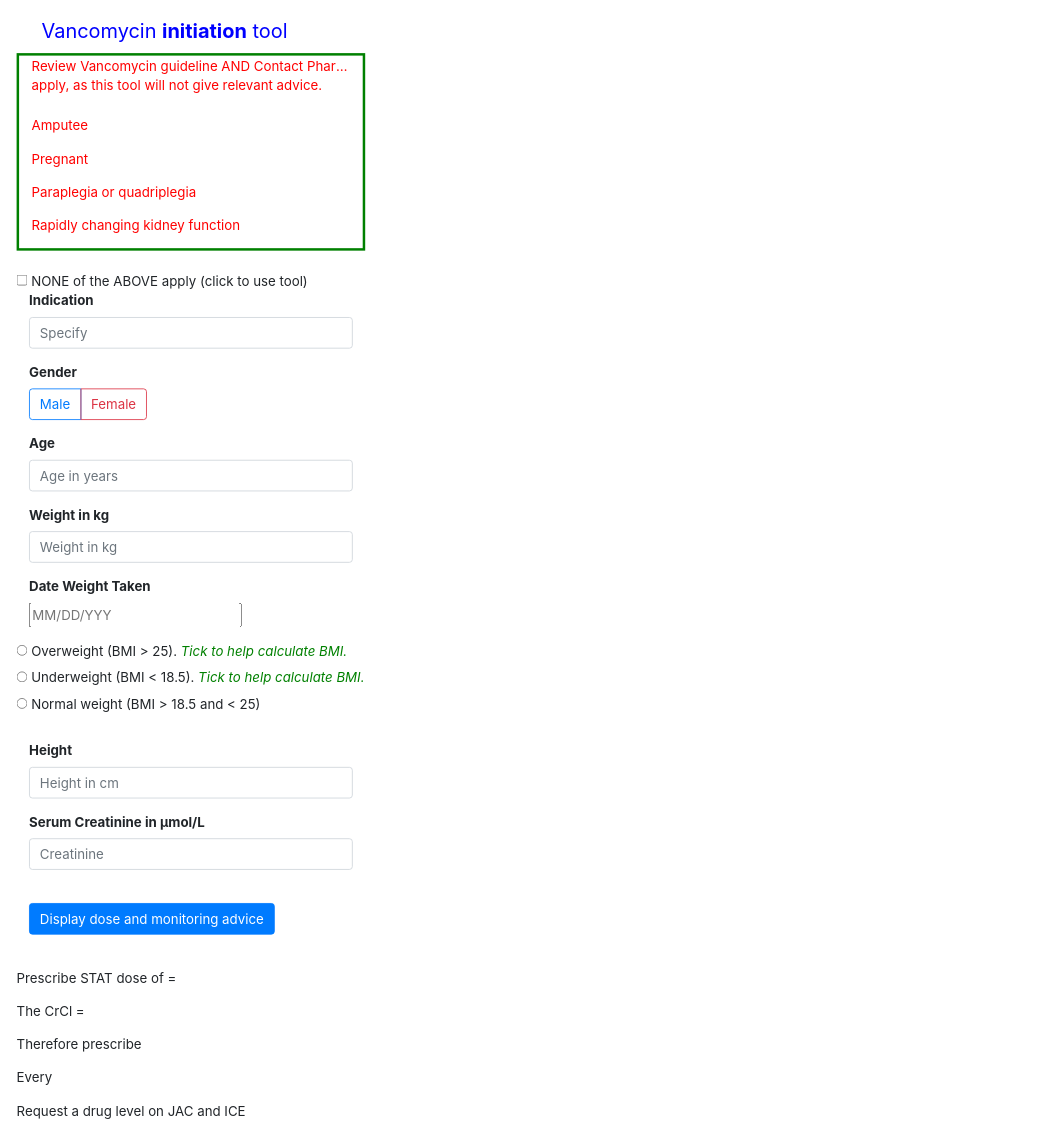
Repository: Mismiles/project-clinical-calculator
Page: index.html
The author's editor kept a record of every edit. The page is drawn from the files as they stood at one moment, then again after the next edit.
The browser window is 1280 px wide. The pictures show the whole page, at 83% of full size.

Above is the page before.

### index.html
<!doctype html>
<html lang="en">
  <head>
    <!-- Required meta tags -->
    <meta charset="utf-8">
    <meta name="viewport" content="width=device-width, initial-scale=1, shrink-to-fit=no">

    <!-- Bootstrap CSS -->
    <link rel="stylesheet" href="https://stackpath.bootstrapcdn.com/bootstrap/4.3.1/css/bootstrap.min.css" integrity="sha384-ggOyR0iXCbMQv3Xipma34MD+dH/1fQ784/j6cY/iJTQUOhcWr7x9JvoRxT2MZw1T" crossorigin="anonymous">

    <!-- Custom CSS -->
    <link href="css/stylesheet.css" rel="stylesheet">

    <title>Vancomycin calculation tool</title>

  </head>
  <body>

<form name="vanc">
<fieldset>

<!-- Form Name -->
<legend>Vancomycin <b>initiation</b> tool</legend>

<!-- Parameters -->
  <div class="col-lg-4 statement" for="parameters" style="color:red">Review Vancomycin guideline AND Contact Pharmacy if any<br> apply, as this tool will not give relevant advice.
    <br>
    <br>
    <p>Amputee</p>
    <p>Pregnant</p>
    <p>Paraplegia or quadriplegia</p>
    <p>Rapidly changing kidney function</p>
	</div>


<!-- Safe to use tool-->
	<br>
      <input type="checkbox" name="parameters" id="showform" onclick="displayForm()">
      NONE of the ABOVE apply (click to use tool)
  </div>
</div>


<section id='vancform'>
<!-- Indication-->
<div class="form-group">
  <label class="col-md-4 control-label" for="indication"><b>Indication</b></label>
  <div class="col-md-4">
  <input id="indication" name="indication" type="text" autocomplete="off" placeholder="Specify" class="form-control input-md" required="">
  </div>
</div>

<!-- Gender -->
<div class="form-group" required="">
  <label class="col-md-4 control-label" for="gender"><b>Gender</b></label>
  <div class="col-md-4">
   <div class="btn-group btn-group-toggle" data-toggle="buttons">
  <label class="btn btn-outline-primary">
    <input type="radio" name="options" id="male" autocomplete="off"> Male
  </label>
  <label class="btn btn-outline-danger">
    <input type="radio" name="options" id="female" autocomplete="off"> Female
  </label>
</div>
  </div>
</div>

<!-- Age-->
<div class="form-group">
  <label class="col-md-4 control-label" for="age"><b>Age</b></label>
  <div class="col-md-4">
  <input id="age" name="age" type="text" maxlength="3" placeholder="Age in years" autocomplete="off" class="form-control input-md" required="">
  </div>
</div>

<!-- Weight-->
<div class="form-group">
  <label class="col-md-4 control-label" for="weight"><b>Weight in kg</b></label>
  <div class="col-md-4">
  <input id="weight" name="weight" type="text" maxlength="3" placeholder="Weight in kg" autocomplete="off" class="form-control input-md" required="">
</div>
</div>

<!-- Date picker-->
<div class="form-group"> <!-- Date input -->
        <label class="col-md-4 control-label" for="date"><b>Date Weight Taken</b></label>
          <div class="col-md-4">
        <input id="form-control input-md date" name="date" autocomplete="off" placeholder="MM/DD/YYY" type="text"/>
          </div>
</div>

  <div class="checkbox">
    <label for="parameters-0">
      <input type="radio" name="parameters" id="overweight" value="" onclick="displayHeight()">
      Overweight (BMI &gt; 25). <span style="color:green"><i>Tick to help calculate BMI.</i></span>
    </label>
	</div>
  <div class="checkbox">
    <label for="parameters-1">
      <input type="radio" name="parameters" id="underweight" value="" onclick="displayHeight()">
      Underweight (BMI &lt; 18.5). <span style="color:green"><i>Tick to help calculate BMI.</i></span>
    </label>
	</div>
	 <div class="checkbox">
    <label for="parameters-1">
      <input type="radio" name="parameters" id="normalweight" value="" onclick="displayHeight()">
      Normal weight (BMI &gt; 18.5 and &lt; 25)
    </label>
	</div>
</div>
</div>

<br>
<!-- Height-->
<section id="heightbox">
<div class="form-group">
  <label class="col-md-4 control-label" for="height"><b>Height</b></label>
  <div class="col-md-4">
  <input id="height" name="height" type="text" maxlength="3" autocomplete="off" placeholder="Height in cm" class="form-control input-md" required>
  </div>
</div>
</section>

<!-- Creatinine-->
<div class="form-group">
  <label class="col-md-4 control-label" for="creatinine"><b>Serum Creatinine in µmol/L</b></label>
  <div class="col-md-4">
  <input id="creatinine" name="creatinine" type="text" autocomplete="off" maxlength="3" placeholder="Creatinine" class="form-control input-md" data-bind="value:replyNumber" required="">

  </div>
</div>

<!-- Button -->
<div class="form-group">
  <label class="col-md-4 control-label" for="calculate"></label>
  <div class="col-md-4">
    <script type="text/javascript" src="js/calculation.js"></script>
    <button id="calc" name="calculate" type="submit" class="btn btn-primary" onclick="getAdvice" >Display dose and monitoring advice</button>
  </div>
</div>

</fieldset>
</form>

<br>
<p id="output_text">Prescribe STAT dose of =</p>
<p id="output_text">The CrCl =</p>
<p id="output_text">Therefore prescribe</p>
<p id="output_text">Every <b></b></p>
<p id="output_text">Request a drug level on JAC and ICE</p>
</section>

<!-- Image carousel -->
  <div id="carouselExampleIndicators" class="carousel slide row" data-ride="carousel">
  <ol class="carousel-indicators">
    <li data-target="#carouselExampleIndicators" data-slide-to="0" class="active"></li>
    <li data-target="#carouselExampleIndicators" data-slide-to="1"></li>
    <li data-target="#carouselExampleIndicators" data-slide-to="2"></li>
    <li data-target="#carouselExampleIndicators" data-slide-to="3"></li>
    <li data-target="#carouselExampleIndicators" data-slide-to="4"></li>
    <li data-target="#carouselExampleIndicators" data-slide-to="5"></li>
    <li data-target="#carouselExampleIndicators" data-slide-to="6"></li>
    <li data-target="#carouselExampleIndicators" data-slide-to="7"></li>
    <li data-target="#carouselExampleIndicators" data-slide-to="8"></li>
    <li data-target="#carouselExampleIndicators" data-slide-to="9"></li>
  </ol>
  <div class="carousel-inner">
    <div class="carousel-item active">
      <img class="d-block w-60" src="images/vanc1.jpg" alt="First slide">
    </div>
    <div class="carousel-item">
      <img class="d-block w-60" src="images/app1.jpg" alt="Second slide">
    </div>
    <div class="carousel-item">
      <img class="d-block w-60" src="images/app2.jpg" alt="Third slide">
    </div>
    <div class="carousel-item">
      <img class="d-block w-60" src="images/app3.jpg" alt="Fourth slide">
    </div>
    <div class="carousel-item">
      <img class="d-block w-60" src="images/app41.jpg" alt="Fifth slide">
    </div>
    <div class="carousel-item">
      <img class="d-block w-60" src="images/app42.jpg" alt="Sixth slide">
    </div>
     <div class="carousel-item">
      <img class="d-block w-60" src="images/app43.jpg" alt="Seventh slide">
    </div>
     <div class="carousel-item">
      <img class="d-block w-60" src="images/app5.jpg" alt="Eigth slide">
     </div>
     <div class="carousel-item">
      <img class="d-block w-60" src="images/app6.jpg" alt="Ninth slide">
     </div>
  </div>

  <a class="carousel-control-prev" href="#carouselExampleIndicators" role="button" data-slide="prev">
    <span class="carousel-control-prev-icon" aria-hidden="true"></span>
    <span class="sr-only">Previous</span>
  </a>
  <a class="carousel-control-next" href="#carouselExampleIndicators" role="button" data-slide="next">
    <span class="carousel-control-next-icon" aria-hidden="true"></span>
    <span class="sr-only">Next</span>
  </a>
</div>


    <!-- jQuery first, then Popper.js, then Bootstrap JS -->
    <script src="https://code.jquery.com/jquery-3.3.1.slim.min.js" integrity="sha384-q8i/X+965DzO0rT7abK41JStQIAqVgRVzpbzo5smXKp4YfRvH+8abtTE1Pi6jizo" crossorigin="anonymous"></script>
    <script src="https://cdnjs.cloudflare.com/ajax/libs/popper.js/1.14.7/umd/popper.min.js" integrity="sha384-UO2eT0CpHqdSJQ6hJty5KVphtPhzWj9WO1clHTMGa3JDZwrnQq4sF86dIHNDz0W1" crossorigin="anonymous"></script>
    <script src="https://stackpath.bootstrapcdn.com/bootstrap/4.3.1/js/bootstrap.min.js" integrity="sha384-JjSmVgyd0p3pXB1rRibZUAYoIIy6OrQ6VrjIEaFf/nJGzIxFDsf4x0xIM+B07jRM" crossorigin="anonymous"></script>

        <!-- Calulation JavaScript Code-->
    <script type="text/javascript" href="js/calculation.js"></script>

  </body>
</html>

### css/stylesheet.css
body {
    position: relative;
    font-size: 1em;
    margin-left: 20px;
    margin-top: 20px;

}

legend {
    padding-left: 30px;
    color: blue;
}

.statement {
 border-style: solid;
 border-color: green;
 white-space: nowrap;
 width: 470px;
 overflow: hidden;
 text-overflow: ellipsis;
  }


.height{
  display: none;
}

.vancform {
  display: none !important;
}

.carousel {
  width:740px;
  height:860px;
  display: none !important;
}

### js/calculation.js
    //declare global variables
    var age = document.forms["vanc"]["age"].value;
    var weight = document.forms["vanc"]["weight"].value;
    var height = document.forms["vanc"]["height"].value;
    var creatinine = document.forms["vanc"]["creatinine"].value;
    // var male = document.forms["vanc"]["gender"].male;
    // var female = document.forms["vanc"]["gender"].female;
    var bmi = weight/(height/100*height/100);

    console.log('connected');

    // this function displays the form when the checkbox is true
    function displayForm() {
        var checkbox = document.getElementById('showform');
        var vancform = document.getElementById('vancform');

        if (checkbox.checked) {
            vancform.style.display = 'block';
        } else {
            vancform.style.display = 'none';
        }
    }

    //this function displays the height box if under OR overweight is slected
    function displayHeight() {
        var underWeight = document.getElementById('underweight');
        var overWeight = document.getElementById('overweight');
        var heightbox = document.getElementById('heightbox')
        var normalweight = document.getElementById('normalweight')

        if (underWeight.checked) {
            heightbox.style.display = 'block';
        } else if (overWeight.checked) {
            heightbox.style.display = 'block';
        } else if (normalweight.checked) {
            heightbox.style.display = 'none';
        }
    }


        // Initial dose calculation
        var vDose;

        function dose() {
            //get the input

            if (isNaN(weight)) {
                outputText = "<em>Weight</em>must be a number!";
            } else if (weight < 40) {
                vDose = 750;
            } else if (weight >=40 && weight<= 59) {
                vDose = 1000;
            } else if (weight >=60 && weight<= 90) {
                vDose = 1500;
            } else if (weight >59) {
                vDose = 2000;
            }
            document.getElementById("output_text").innerHTML = vDose;
        }


        // Crcl without gender or creatinine adjustment
        var outputText;

        function CrCl0() {
            // male = document.getElementById("gender").value = "M";
            // female = document.getElementById("gender").value = "F";

            // validate age, weight, creatinie
            if (age < 18) {
                outputText = "<em>Age</em> cannot equal less than 18!";
            } else if (isNaN(age)) {
                outputText = "<em>Age</em> must be a number!";
            } else if (isNaN(weight)) {
                outputText = "<em>Weight</em> must be a number!";
            } else if (isNaN(creatinine)) {
                outputText = "<em>Creatinine</em> must be a number!";
            } else {
                var CrCl0 = ((140-age)*weight);
            }

            // output the result (or errors)
            document.getElementById("output_text").innerHTML = outputText;
        }

        // CrCl with gender adjustment
        function kidneygender(){
        var resultG;
            if (male){
                resultG = CrCl0 *1.23;
            } else{
                resultG = CrCl0 *1.04;
            }


        // CrCl with creatinine
        function CrCl(){
        var creatinine = document.forms["vanc"]["creatine"].value;
        var CrCl = resultG/creatinine;
        }


        //Calculate of BMI
        function bmi() {
            var bmi = weight/(height/100*height/100)
        }

        //If overweight, calculate IBW
        function overWeight () {
            if (bmi > 25 && male) {
                 50+(0.91*(height-152.4));
            }
            else if (bmi > 25) {
                 45+(0.91*(height-152.4));
            }
        }

        //

        //If Underweight, adjust CrCl
        function underweight(){
            var underweight;
            underweight = CrCl*0.69;
        }
    }

After the next edit:
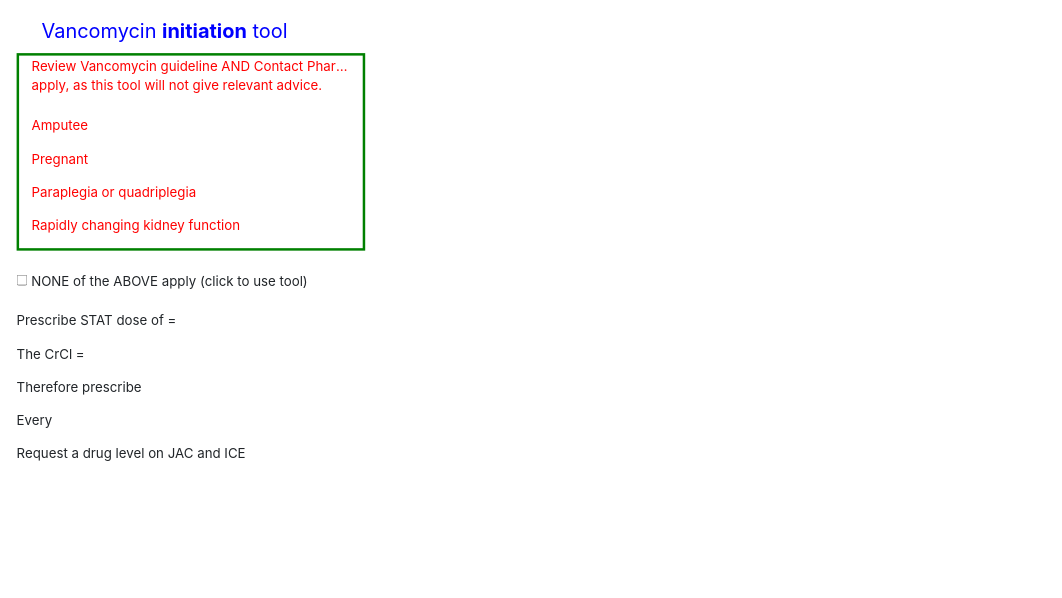
The edit:
--- a/css/stylesheet.css
+++ b/css/stylesheet.css
@@ -25,8 +25,8 @@
   display: none;
 }
 
-.vancform {
-  display: none !important;
+#vancform {
+  display: none;
 }
 
 .carousel {

After the 2 edits that followed:
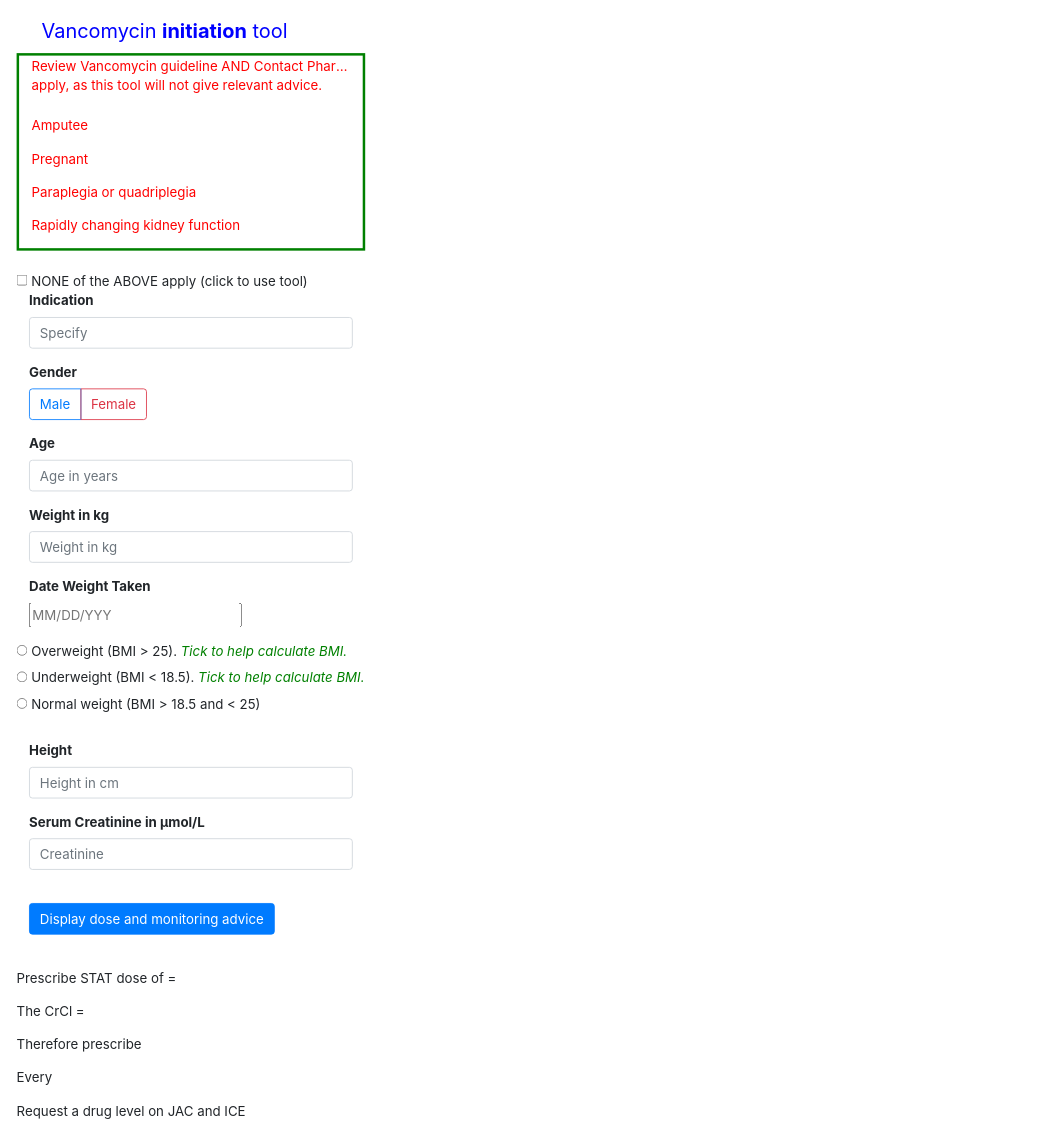
The 2 edits are shown as one change because 1 left the picture as it was.
The edit:
--- a/css/stylesheet.css
+++ b/css/stylesheet.css
@@ -25,7 +25,7 @@
   display: none;
 }
 
-#vancform {
+.vancform {
   display: none;
 }
 
@@ -34,3 +34,7 @@
   height:860px;
   display: none !important;
 }
+
+.formDisplay {
+    display: block;
+}
